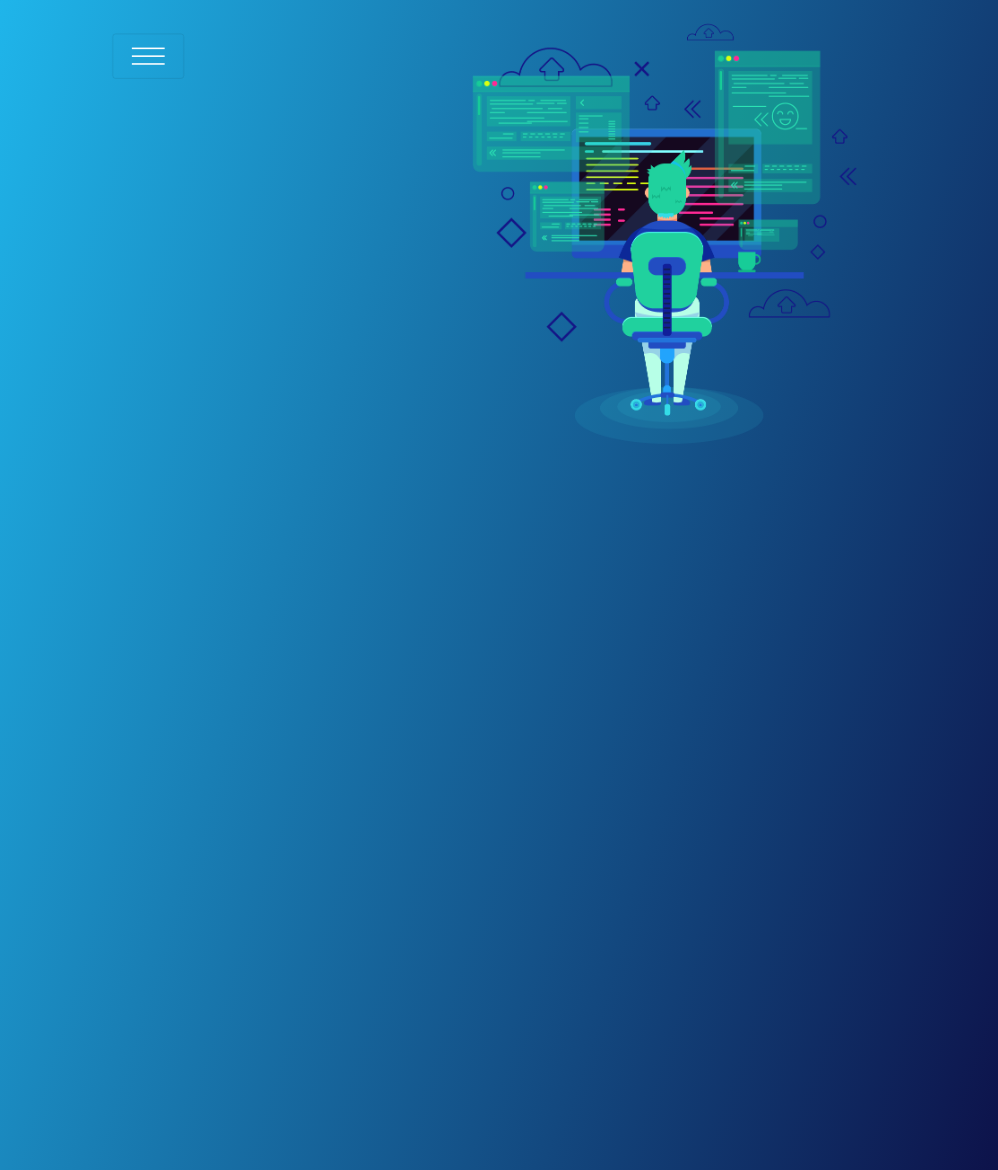
Repository: JuanPabloDS/portifolio
Page: http://localhost/
An editor plug-in stored every save of this project. The page is shown before and after the next save, followed by the edit.
The browser window is 1280 px wide. The pictures show the whole page, at 78% of full size.
The page is served by the project's application, run on Django 4.2 (manage.py). Other server files are loaded and not shown.

Above is the page before, as saved 2023-02-24 17:17:15.

### core/templates/index.html
{% extends 'base.html' %}

{% block content %}

{% include 'perfil.html' %}

{% include 'footer.html' %}

{% endblock %}

### core/templates/base.html
{% load static %}
<!DOCTYPE html>
<html lang="pt-br">

    <head>
        <!-- Required meta tags -->
        <meta charset="UTF-8">
        <meta http-equiv="X-UA-Compatible" content="IE=edge">
        <meta name="viewport" content="width=device-width, initial-scale=1.0">
        <title>Portifólio</title>

        <!-- Bootstrap CSS -->
        <link rel="stylesheet" href="{% static 'css/bootstrap.min.css' %}">
        <link rel="stylesheet" href="{% static 'css/style.css' %}">


    </head>

    <body>
        <div class="pos-f-t">
            <nav class="navbar navbar-light menu">
              <button class="navbar-toggler" type="button" data-toggle="collapse" data-target="#navbarToggleExternalContent" aria-controls="navbarToggleExternalContent" aria-expanded="false" aria-label="Toggle navigation">
                <div class="burger"><i></i><i></i><i></i></div>
              </button>
            </nav>
            <div class="collapse" id="navbarToggleExternalContent">
              <div class="bg-dark p-4">
                <div class="menu-itens">
                  <h1>HOME</h1>
                </div>
                <div class="menu-itens">
                  <h1>HOME</h1>
                </div>
                <div class="menu-itens">
                  <h1>HOME</h1>
                </div>
                <div class="menu-itens">
                  <h1>HOME</h1>
                </div>
              </div>
            </div>
          </div>
{% block content %}
{% endblock %}

### core/templates/perfil.html
{% load static %}
<div class="perfil">
    <img src="{% static '/img/site/site.png' %}" alt="">
</div>

### core/templates/footer.html
{% load static %}
<!-- jQuery first, then Tether, then Bootstrap JS. -->
<script src="{% static 'js/jquery.js' %}"></script>
<script src="{% static 'js/bootstrap.js' %}" ></script>
<script src="{% static 'js/bootstrap.min.js' %}" ></script>
<script src="{% static 'js/bootstrap.bundle.js' %}" ></script>
<script src="{% static 'js/bootstrap.bundle.min.js' %}" ></script>
</body>
</html>

### core/views.py
from django.views.generic import TemplateView

class IndexView(TemplateView):
    template_name: str = 'index.html'

### portifolio/urls.py
"""portifolio URL Configuration

The `urlpatterns` list routes URLs to views. For more information please see:
    https://docs.djangoproject.com/en/4.1/topics/http/urls/
Examples:
Function views
    1. Add an import:  from my_app import views
    2. Add a URL to urlpatterns:  path('', views.home, name='home')
Class-based views
    1. Add an import:  from other_app.views import Home
    2. Add a URL to urlpatterns:  path('', Home.as_view(), name='home')
Including another URLconf
    1. Import the include() function: from django.urls import include, path
    2. Add a URL to urlpatterns:  path('blog/', include('blog.urls'))
"""
from django.contrib import admin
from django.urls import path, include

from django.conf.urls.static import static
from django.conf import settings

urlpatterns = [
    path('admin/', admin.site.urls),
    path('', include('core.urls')),
] + static(settings.MEDIA_URL, document_root=settings.MEDIA_ROOT)

### core/urls.py
from django.urls import path
from .views import IndexView

urlpatterns = [
    path('', IndexView.as_view(), name='index')
]

### core/static/css/style.css
/*! Menu inicial */

body{
    width: 80%;
    margin: auto;
    height: 1500px;
    background:  linear-gradient( -0.2turn, #0d124a, #1fb5ea );
}

@media screen and (max-width: 600px) {
    body{
        width: 100%;
        margin: auto;
    }

}

.burger {
    z-index: 9998;
    cursor: pointer;
    padding: 5px 4px;
    background-color: transparent;
}

.burger i {
    display: block;
    width: 42px;
    height: 2px;
    margin: 8px;
    background-color: white;
}

.burger:active,
.burger:focus {
 outline-color:0;
 outline-style:none;
 outline-width:0
}
.burger i {
 display:block;
 width:42px;
 height:2px;
 margin:8px;
 background-color:white
}


.menu{
    height: 20%;
    position: fixed;
    color: white;
}

.menu button{
    position: relative;
    right: inherit;
    float: right;
    margin-left: auto;
    color: white;
}

.menu span {
    color: white;
}



.menu-itens {
    height: 80px;
    background-color: blue;
    text-align: center;
    padding-top: 13px;
    margin-bottom: 10px;
    font-size: 50%;
}

@media screen and (max-width: 600px){
    .menu button{
        position: relative;
        padding-top: 0;
        right: inherit;
        padding-right: 0;
        padding-left: 5px;
        padding-bottom: 0;
        width: 60px;
        height: 50px;
    }

    .menu-itens {
        height: 30px;
        background-color: blue;
    }

    .menu-itens h1 {
        font-size: 150%;
        line-height: 0.2;
    }

    .burger i {
        width:25px;
        height:2px;
       }
}


.perfil img {
    width: 600px;
    height: 600px;
    float: right;
}

/*! Fim Menu inicial */

/*! Perfil */

Loaded but not shown: core/static/css/bootstrap.min.css (library); core/static/js/jquery.js (library); core/static/js/bootstrap.js (library); core/static/js/bootstrap.min.js (library); core/static/js/bootstrap.bundle.js (library); core/static/js/bootstrap.bundle.min.js (library)

After the next save:
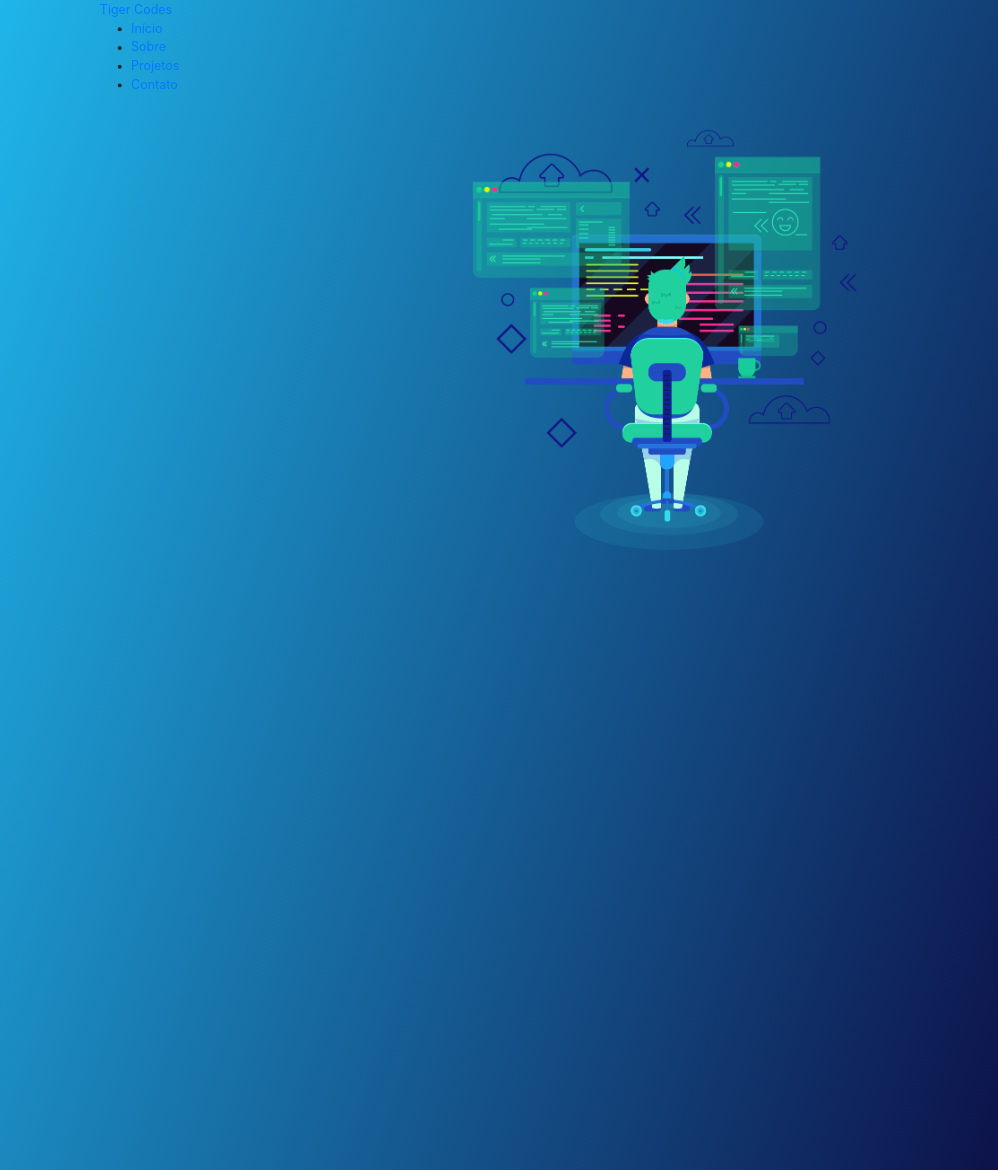
Saved 12 min 46 s later.
--- a/core/templates/base.html
+++ b/core/templates/base.html
@@ -1,44 +1,33 @@
 {% load static %}
 <!DOCTYPE html>
 <html lang="pt-br">
-
     <head>
         <!-- Required meta tags -->
         <meta charset="UTF-8">
         <meta http-equiv="X-UA-Compatible" content="IE=edge">
         <meta name="viewport" content="width=device-width, initial-scale=1.0">
         <title>Portifólio</title>
-
         <!-- Bootstrap CSS -->
         <link rel="stylesheet" href="{% static 'css/bootstrap.min.css' %}">
         <link rel="stylesheet" href="{% static 'css/style.css' %}">
-
-
     </head>
-
     <body>
         <div class="pos-f-t">
-            <nav class="navbar navbar-light menu">
-              <button class="navbar-toggler" type="button" data-toggle="collapse" data-target="#navbarToggleExternalContent" aria-controls="navbarToggleExternalContent" aria-expanded="false" aria-label="Toggle navigation">
-                <div class="burger"><i></i><i></i><i></i></div>
-              </button>
+          <header>
+            <nav>
+              <a class="logo" href="/">Tiger Codes</a>
+              <div class="mobile-menu">
+                <div class="line1"></div>
+                <div class="line2"></div>
+                <div class="line3"></div>
+              </div>
+              <ul class="nav-list">
+                <li><a href="#">Início</a></li>
+                <li><a href="#">Sobre</a></li>
+                <li><a href="#">Projetos</a></li>
+                <li><a href="#">Contato</a></li>
+              </ul>
             </nav>
-            <div class="collapse" id="navbarToggleExternalContent">
-              <div class="bg-dark p-4">
-                <div class="menu-itens">
-                  <h1>HOME</h1>
-                </div>
-                <div class="menu-itens">
-                  <h1>HOME</h1>
-                </div>
-                <div class="menu-itens">
-                  <h1>HOME</h1>
-                </div>
-                <div class="menu-itens">
-                  <h1>HOME</h1>
-                </div>
-              </div>
-            </div>
-          </div>
+          </header>
 {% block content %}
 {% endblock %}
